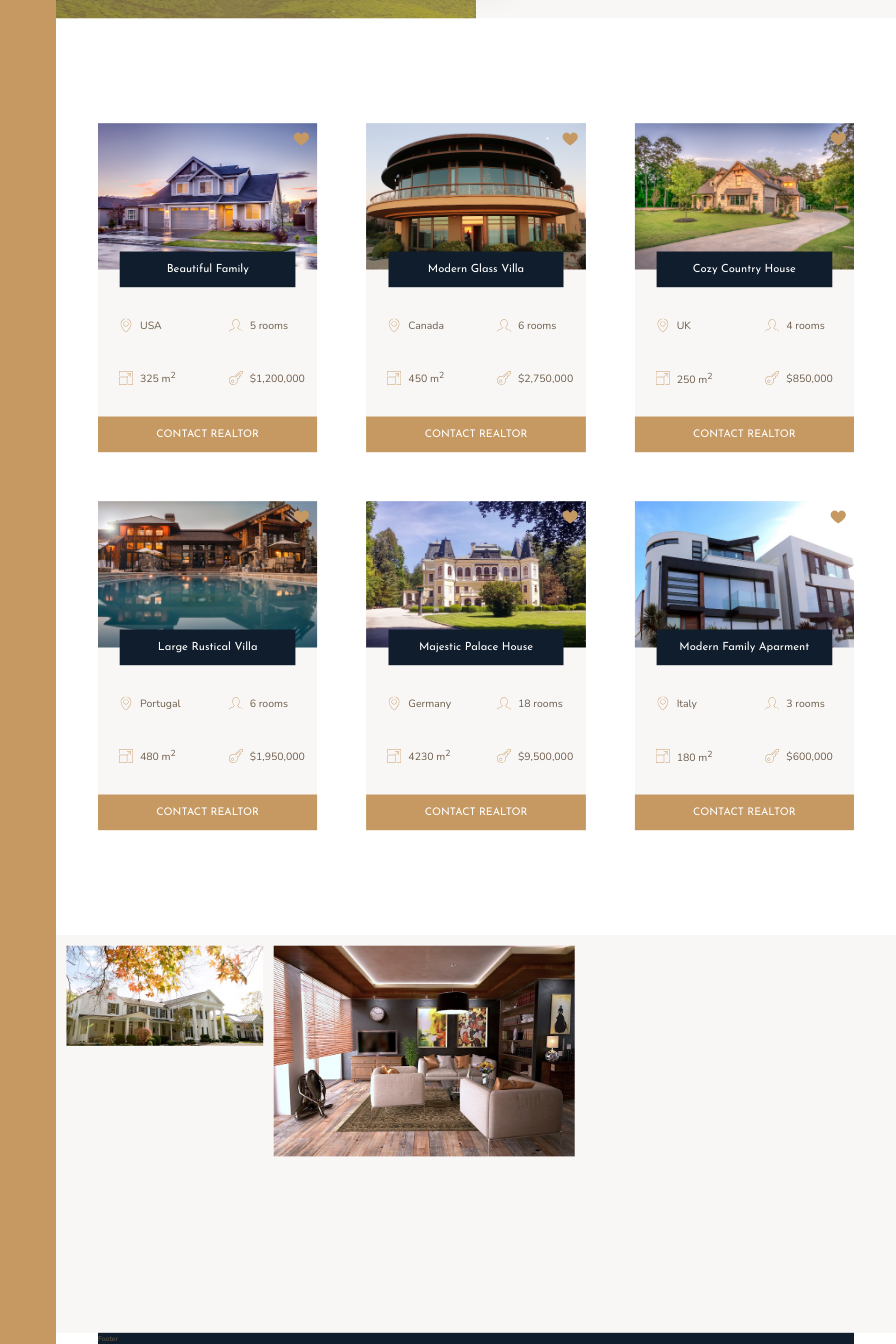
Repository: achwesiuk/nexter
Page: index.html
These files come from the project's save history. The page is drawn as it stood at one moment and after the next save; the edit follows.
The browser window is 1280 px wide. The pictures show the part of the page from y = 1580 to 3500 px (the page is 3500 px tall), at 70% of full size.
The style sheet was rebuilt from its Sass, Less or Tailwind sources for each picture, by a compiler version that may differ from the author's.

Above is the page before, as saved 2021-02-24 07:51:09.

### index.html
<!DOCTYPE html>
<html lang="en">
    <head>
        <meta charset="UTF-8">
        <meta name="viewport" content="width=device-width, initial-scale=1.0">
        <meta http-equiv="X-UA-Compatible" content="ie=edge">

        <link href="https://fonts.googleapis.com/css?family=Josefin+Sans:300,400,400i|Nunito:300,300i" rel="stylesheet">
        <link rel="stylesheet" href="css/style.css">
        <link rel="shortcut icon" type="image/png" href="img/favicon.png">

        <title>nexter &mdash; your home, your freedom</title>
    </head>
    <body class="container">
        <div class="sidebar">
            Sidebar
        </div>

        <header class="header">
            Header
        </header>

        <div class="realtors">
            Top 3 realtors
        </div>

        <section class="features">
            <div class="feature">
                <svg class="feature__icon">
                    <use xlink:href="img/sprite.svg#icon-global"></use>
                </svg>
                <h4 class="heading-4--dark">World's best luxury homes</h4>
                <p class="feature-text">Lorem ipsum dolor sit amet, consectetur adipisicing elit. Sapiente eligendi vitae aliquid a corporis hic, nemo dolores neque culpa pariatur dolor magnam!</p>
            </div>
            <div class="feature">
                <svg class="feature__icon">
                    <use xlink:href="img/sprite.svg#icon-trophy"></use>
                </svg>
                <h4 class="heading-4--dark">Only the best properties</h4>
                <p class="feature-text">Lorem ipsum dolor sit amet consectetur, adipisicing elit. Mollitia optio sapiente fugit deserunt ex qui in.</p>
            </div>
            <div class="feature">
                <svg class="feature__icon">
                    <use xlink:href="img/sprite.svg#icon-map-pin"></use>
                </svg>
                <h4 class="heading-4--dark">All homes in top locations</h4>
                <p class="feature-text">Lorem ipsum dolor sit amet consectetur adipisicing elit. Ullam est deserunt unde temporibus, beatae quo et repellat!</p>
            </div>
            <div class="feature">
                <svg class="feature__icon">
                    <use xlink:href="img/sprite.svg#icon-key"></use>
                </svg>
                <h4 class="heading-4--dark">New home in one week</h4>
                <p class="feature-text">Lorem ipsum dolor sit amet consectetur adipisicing elit. Velit aliquam praesentium quod non eligendi sunt cum ipsum modi.</p>
            </div>
            <div class="feature">
                <svg class="feature__icon">
                    <use xlink:href="img/sprite.svg#icon-presentation"></use>
                </svg>
                <h4 class="heading-4--dark">Top 1% realtors</h4>
                <p class="feature-text">Lorem ipsum dolor sit amet, consectetur adipisicing elit.</p>
            </div>
            <div class="feature">
                <svg class="feature__icon">
                    <use xlink:href="img/sprite.svg#icon-lock"></use>
                </svg>
                <h4 class="heading-4--dark">Secure payments on nexter</h4>
                <p class="feature-text">Lorem ipsum, dolor sit amet consectetur adipisicing elit. Incidunt distinctio repudiandae saepe dolores quis tempore similique.</p>
            </div>
        </section>

        <div class="story__pictures">
            <img src="img/story-1.jpeg" alt="Couple with new house" class="story__img--1">
            <img src="img/story-2.jpeg" alt="New house" class="story__img--2">
        </div>

        <div class="story__content">
            <h3 class="heading-3 mb-sm">Happy Customers</h3>
            <h2 class="heading-2 heading-2--dark mb-md">&ldquo;The best decision of our lives&rdquo;</h2>
            <p class="story__text">
                Lorem ipsum dolor sit amet, consectetur adipisicing elit. Accusantium ut error magni quasi delectus debitis praesentium, iusto, explicabo natus deleniti corrupti, illo illum quidem dolores dolorum ipsum! Incidunt, eaque amet.
            </p>
            <button class="btn">Find your own home</button>
        </div>

        <section class="homes">
            <div class="home">
                <img src="img/house-1.jpeg" alt="House 1" class="home__img">
                <svg class="home__like">
                    <use xlink:href="img/sprite.svg#icon-heart-full"></use>
                </svg>
                <h5 class="home__name">Beautiful Family</h5>
                <div class="home__location">
                    <svg class="home__like">
                        <use xlink:href="img/sprite.svg#icon-map-pin"></use>
                    </svg>
                    <p>USA</p>
                </div>
                <div class="home__rooms">
                    <svg class="home__like">
                        <use xlink:href="img/sprite.svg#icon-profile-male"></use>
                    </svg>
                    <p>5 rooms</p>
                </div>
                <div class="home__area">
                    <svg class="home__like">
                        <use xlink:href="img/sprite.svg#icon-expand"></use>
                    </svg>
                    <p>325 m<sup>2</sup></p>
                </div>
                <div class="home__price">
                    <svg class="home__like">
                        <use xlink:href="img/sprite.svg#icon-key"></use>
                    </svg>
                    <p>$1,200,000</p>
                </div>
                <button class="btn home__btn">Contact realtor</button>
            </div>

            <div class="home"><img src="img/house-2.jpeg" alt="House 2" class="home__img">
                <svg class="home__like">
                    <use xlink:href="img/sprite.svg#icon-heart-full"></use>
                </svg>
                <h5 class="home__name">Modern Glass Villa</h5>
                <div class="home__location">
                    <svg class="home__like">
                        <use xlink:href="img/sprite.svg#icon-map-pin"></use>
                    </svg>
                    <p>Canada</p>
                </div>
                <div class="home__rooms">
                    <svg class="home__like">
                        <use xlink:href="img/sprite.svg#icon-profile-male"></use>
                    </svg>
                    <p>6 rooms</p>
                </div>
                <div class="home__area">
                    <svg class="home__like">
                        <use xlink:href="img/sprite.svg#icon-expand"></use>
                    </svg>
                    <p>450 m<sup>2</sup></p>
                </div>
                <div class="home__price">
                    <svg class="home__like">
                        <use xlink:href="img/sprite.svg#icon-key"></use>
                    </svg>
                    <p>$2,750,000</p>
                </div>
                <button class="btn home__btn">Contact realtor</button>
            </div>

            <div class="home"><img src="img/house-3.jpeg" alt="House 3" class="home__img">
                <svg class="home__like">
                    <use xlink:href="img/sprite.svg#icon-heart-full"></use>
                </svg>
                <h5 class="home__name">Cozy Country House</h5>
                <div class="home__location">
                    <svg class="home__like">
                        <use xlink:href="img/sprite.svg#icon-map-pin"></use>
                    </svg>
                    <p>UK</p>
                </div>
                <div class="home__rooms">
                    <svg class="home__like">
                        <use xlink:href="img/sprite.svg#icon-profile-male"></use>
                    </svg>
                    <p>4 rooms</p>
                </div>
                <div class="home__area">
                    <svg class="home__like">
                        <use xlink:href="img/sprite.svg#icon-expand"></use>
                    </svg>
                    <p>250 m<sup>2</sup></p>
                </div>
                <div class="home__price">
                    <svg class="home__like">
                        <use xlink:href="img/sprite.svg#icon-key"></use>
                    </svg>
                    <p>$850,000</p>
                </div>
                <button class="btn home__btn">Contact realtor</button>
            </div>

            <div class="home"><img src="img/house-4.jpeg" alt="House 4" class="home__img">
                <svg class="home__like">
                    <use xlink:href="img/sprite.svg#icon-heart-full"></use>
                </svg>
                <h5 class="home__name">Large Rustical Villa</h5>
                <div class="home__location">
                    <svg class="home__like">
                        <use xlink:href="img/sprite.svg#icon-map-pin"></use>
                    </svg>
                    <p>Portugal</p>
                </div>
                <div class="home__rooms">
                    <svg class="home__like">
                        <use xlink:href="img/sprite.svg#icon-profile-male"></use>
                    </svg>
                    <p>6 rooms</p>
                </div>
                <div class="home__area">
                    <svg class="home__like">
                        <use xlink:href="img/sprite.svg#icon-expand"></use>
                    </svg>
                    <p>480 m<sup>2</sup></p>
                </div>
                <div class="home__price">
                    <svg class="home__like">
                        <use xlink:href="img/sprite.svg#icon-key"></use>
                    </svg>
                    <p>$1,950,000</p>
                </div>
                <button class="btn home__btn">Contact realtor</button>
            </div>

            <div class="home"><img src="img/house-5.jpeg" alt="House 5" class="home__img">
                <svg class="home__like">
                    <use xlink:href="img/sprite.svg#icon-heart-full"></use>
                </svg>
                <h5 class="home__name">Majestic Palace House</h5>
                <div class="home__location">
                    <svg class="home__like">
                        <use xlink:href="img/sprite.svg#icon-map-pin"></use>
                    </svg>
                    <p>Germany</p>
                </div>
                <div class="home__rooms">
                    <svg class="home__like">
                        <use xlink:href="img/sprite.svg#icon-profile-male"></use>
                    </svg>
                    <p>18 rooms</p>
                </div>
                <div class="home__area">
                    <svg class="home__like">
                        <use xlink:href="img/sprite.svg#icon-expand"></use>
                    </svg>
                    <p>4230 m<sup>2</sup></p>
                </div>
                <div class="home__price">
                    <svg class="home__like">
                        <use xlink:href="img/sprite.svg#icon-key"></use>
                    </svg>
                    <p>$9,500,000</p>
                </div>
                <button class="btn home__btn">Contact realtor</button>
            </div>

            <div class="home"><img src="img/house-6.jpeg" alt="House 6" class="home__img">
                <svg class="home__like">
                    <use xlink:href="img/sprite.svg#icon-heart-full"></use>
                </svg>
                <h5 class="home__name">Modern Family Aparment</h5>
                <div class="home__location">
                    <svg class="home__like">
                        <use xlink:href="img/sprite.svg#icon-map-pin"></use>
                    </svg>
                    <p>Italy</p>
                </div>
                <div class="home__rooms">
                    <svg class="home__like">
                        <use xlink:href="img/sprite.svg#icon-profile-male"></use>
                    </svg>
                    <p>3 rooms</p>
                </div>
                <div class="home__area">
                    <svg class="home__like">
                        <use xlink:href="img/sprite.svg#icon-expand"></use>
                    </svg>
                    <p>180 m<sup>2</sup></p>
                </div>
                <div class="home__price">
                    <svg class="home__like">
                        <use xlink:href="img/sprite.svg#icon-key"></use>
                    </svg>
                    <p>$600,000</p>
                </div>
                <button class="btn home__btn">Contact realtor</button>
            </div>
        </section>

        <section class="gallery">
            <figure class="gallery__item gallery__item--1">
                <img src="img/gal-1.jpeg" alt="Gallery image 1" class="gallery__img">
            </figure>
            <figure class="gallery__item gallery__item--2">
                <img src="img/gal-2.jpeg" alt="Gallery image 2" class="gallery__img">
            </figure>
        </section>

        <footer>
            Footer
        </footer>
    </body>
</html>

### sass/main.scss
@import "base";
@import "typography";

@import "sidebar";
@import "header";
@import "realtors";
@import "features";
@import "story";
@import "homes";
@import "gallery";
@import "footer";

### sass/_base.scss
// COLOR VARIABLES
$color-primary: #c69963;
$color-primary-dark: #B28451;

$color-secondary: #101d2c;

$color-grey-light-1: #f9f7f6;
$color-grey-light-2: #aaa;

$color-grey-dark-1: #54483A;
$color-grey-dark-2: #6D5D4B;

// FONT VARIABLES
$font-primary: 'Nunito', sans-serif;
$font-display: 'Josefin Sans', sans-serif;

*,
*::before,
*::after {
    margin: 0;
    padding: 0;
    -webkit-box-sizing: inherit;
            box-sizing: inherit; //dziedziczy po HTML
}

html {
    -webkit-box-sizing: border-box;
            box-sizing: border-box;
    font-size: 62.5%; // 10px / 16px = 62.5% -> 1rem = 10px
}

body {
    font-family: $font-primary;
    color: $color-grey-dark-2;
    font-weight: 300;
    line-height: 1.6;
}

.container {
    display: grid;
    grid-template-rows: 80vh min-content 40vw repeat(3, min-content); // 1.wiersz - wysokość wiersza jest wartością procentową vh; jest to siatka jawna z jednym wierszem, pozostałe elementy będą dodane w siatce niejawnej (elementy, które nie mają miejsca w siatce jawnej)
    // 2. wiersz - wysokość wiersza uzależniona od zawartej w nim treści
    // 2. auto - domyślne, jeżeli nic nie będzie określone; również dopasowuje się do treści
    // 3. wiersz - wiersz uzależniony od szerokości układu (podczas zmiany szerokości widoku zmieniają się wymiary wiersza - zwęża się, rośnie)
    // 4, 5, 6 - wysokość wiersza uzależnione od jego zawartości
    grid-template-columns: [sidebar-start] 8rem [sidebar-end full-start] minmax(6rem, 1fr) [center-start] repeat(8, [col-start] minmax(min-content, 14rem) [col-end]) [center-end] minmax(6rem, 1fr) [full-end];
}

### sass/_typography.scss
%heading { //extended działa przeciwnie do mixin; selektory (heading-1 etc.) są kopiowane to selektora na górze
    font-family: $font-display;
    font-weight: 400;
}

.heading-1 {
    @extend %heading;
}

.heading-2 {
    @extend %heading;
    font-size: 4rem;
    font-style: italic;
    line-height: 1;

    &--light {color: $color-grey-light-1;}
    &--dark {color: $color-grey-dark-1;}
}

.heading-3 {
    @extend %heading;
    font-size: 1.6rem;
    color: $color-primary;
    text-transform: uppercase;
}

.heading-4 {
    @extend %heading;
    font-size: 1.9rem;

    &--light {color: $color-grey-light-1;}
    &--dark {color: $color-grey-dark-1;}
}

.btn {
    background-color: $color-primary;
    color: #fff;
    border: none;
    border-radius: 0; //z założenia przyciski mają ustawiony jakiś kąt
    font-family: $font-display;
    font-size: 1.5rem;
    text-transform: uppercase;
    padding: 1.8rem 3rem;
    cursor: pointer;

    transition: all .2s;

    &:hover {
        background-color: $color-primary-dark;
    }
}

.mb-sm {margin-bottom: 2rem;}
.mb-md {margin-bottom: 3rem;}
.mb-lg {margin-bottom: 4rem;}
.mb-hg {margin-bottom: 8rem;}

### sass/_sidebar.scss
.sidebar {
    background-color: $color-primary;
    grid-column: sidebar-start / sidebar-end;
    grid-row: 1 / -1;
}

### sass/_header.scss
.header {
    background-color: $color-grey-dark-1;
    grid-column: full-start / col-end 6;
}

### sass/_realtors.scss
.realtors {
    background-color: $color-secondary;
    grid-column: col-start 7 / full-end;
}

### sass/_features.scss
.features {
    grid-column: center-start / center-end;

    margin: 15rem 0;

    display: grid;
    //grid-template-columns: repeat(3, 1fr);
    grid-template-columns: repeat(auto-fit, minmax(25rem, 1fr));
    //grid-template-rows: auto auto; niepotrzebne, ponieważ wiersze i tak układają się w ten sposób
    grid-gap: 6rem;
    align-items: start;
}

.feature {

    display: grid;
    grid-template-columns: min-content 1fr; //min-content odnosi się do wymiarów ikony
    //nie trzeba określać wierszy, mają mieć wielkość zawartej w nich treści
    grid-row-gap: 1.5rem;
    grid-column-gap: 2.5rem;

    &__icon {
        fill: $color-primary;
        width: 4.5rem;
        height: 4.5rem;
        transform: translateY(-1rem);

        //grid-row: 1 / -1; // -1 oznacza koniec JAWNEJ SIATKI, a tutaj jest niejawna
        grid-row: -1 / span 2;
    }

    &__text {
        font-size: 1.7rem;
    }
}

### sass/_story.scss
.story {

    &__pictures {
        background-color: $color-primary;
        grid-column: full-start / col-end 4;
        background-image: linear-gradient(rgba($color-primary, .5), rgba($color-primary, .5)),  url(../img/back.jpg); //używam dwóch takich samych kolorów - kolor przechodzi z jednego koloru na drugi

        display: grid;
        grid-template-rows: repeat(6, 1fr);
        grid-template-columns: repeat(6, 1fr);

        align-items: center;
    }

    &__img--1 {
        width: 100%;
        grid-row: 2 / 6;
        grid-column: 2 / 6;
        box-shadow: 0 2rem 5rem rgba(#000, .1);
    }

    &__img--2 {
        width: 115%;
        grid-row: 4 / 6;
        grid-column: 4 / 7;
        z-index: 20;
        box-shadow: 0 2rem 5rem rgba(#000, .2);
    }

    &__content {
        background-color: $color-grey-light-1;
        grid-column: col-start 5 / full-end;

        padding: 6rem 8vw;

        /*
        display: flex;
        flex-direction: column;
        justify-content: center;
        align-items: flex-start;
        */

        display: grid;
        align-content: center;
        justify-items: start;
    }

    &__text {
        font-size: 1.5rem;
        font-style: italic;
        margin-bottom: 4rem;
    }
}

### sass/_homes.scss
.homes {
    grid-column: center-start / center-end;
    margin: 15rem 0;

    display: grid;
    grid-template-columns: repeat(auto-fit,minmax(25rem, 1fr));
    grid-gap: 7rem;
}

.home {
    background-color: $color-grey-light-1;

    display: grid;
    grid-template-columns: repeat(2, 1fr);
    grid-row-gap: 3.5rem;

    &__img {
        width: 100%;
        grid-row: 1 / 2;
        grid-column: 1 / -1;
        z-index: 1;
    }

    &__like {
        grid-row: 1 / 2;
        grid-column: 2 / 3;
        fill: $color-primary;
        height: 2.5rem;
        width: 2.5rem;
        z-index: 2;

        justify-self: end;
        margin: 1rem;
    }

    &__name {
        grid-column: 1 / -1;
        grid-row: 1 / 2;
        justify-self: center;
        align-self: end;
        z-index: 3;

        width: 80%;
        font-family: $font-display;
        font-size: 1.6rem;
        text-align: center;
        padding: 1.25rem;
        background-color: $color-secondary;
        color: #fff;
        font-weight: 400;
        transform: translateY(50%);
    }

    &__location,
    &__rooms {
        margin-top: 2.5rem;
    }

    &__location,
    &__rooms,
    &__area,
    &__price {
        font-size: 1.5rem;
        margin-left: 2rem;

        display: flex;
        align-items: center;

        svg{
            fill: $color-primary;
            height: 2rem;
            width: 2rem;
            margin-right: 1rem;
        }
    }

    &__btn {
        grid-column: 1 / -1;
    }
}

### sass/_gallery.scss
.gallery {
    background-color: $color-grey-light-1;
    grid-column: full-start / full-end;

    display: grid;
    grid-template-columns:  repeat(8, 1fr);
    grid-template-rows: repeat(7, 5vw);
    grid-gap: 1.5rem;
    padding: 1.5rem; //aby przerwy były również na zewnątrz siatki

    &__item {

        &--1 {
            grid-row: 1 / span 2;
            grid-column: 1 / span 2;
        }

        &--2 {
            grid-row: 1 / span 4;
            grid-column: 3 / span 3;
        }

        &--3 {

        }
    }

    &__img {
        width: 100%;
        height: 100%;
        object-fit: cover;
        display: block; //aby nie było białych przestrzeni pod zdjęciem (jak w przypadku inline-block, gdzie element jest traktowany jako tekst)
    }

}

### sass/_footer.scss
footer {
    background-color: $color-secondary;
    grid-column: center-start / center-end;
}

After the next save:
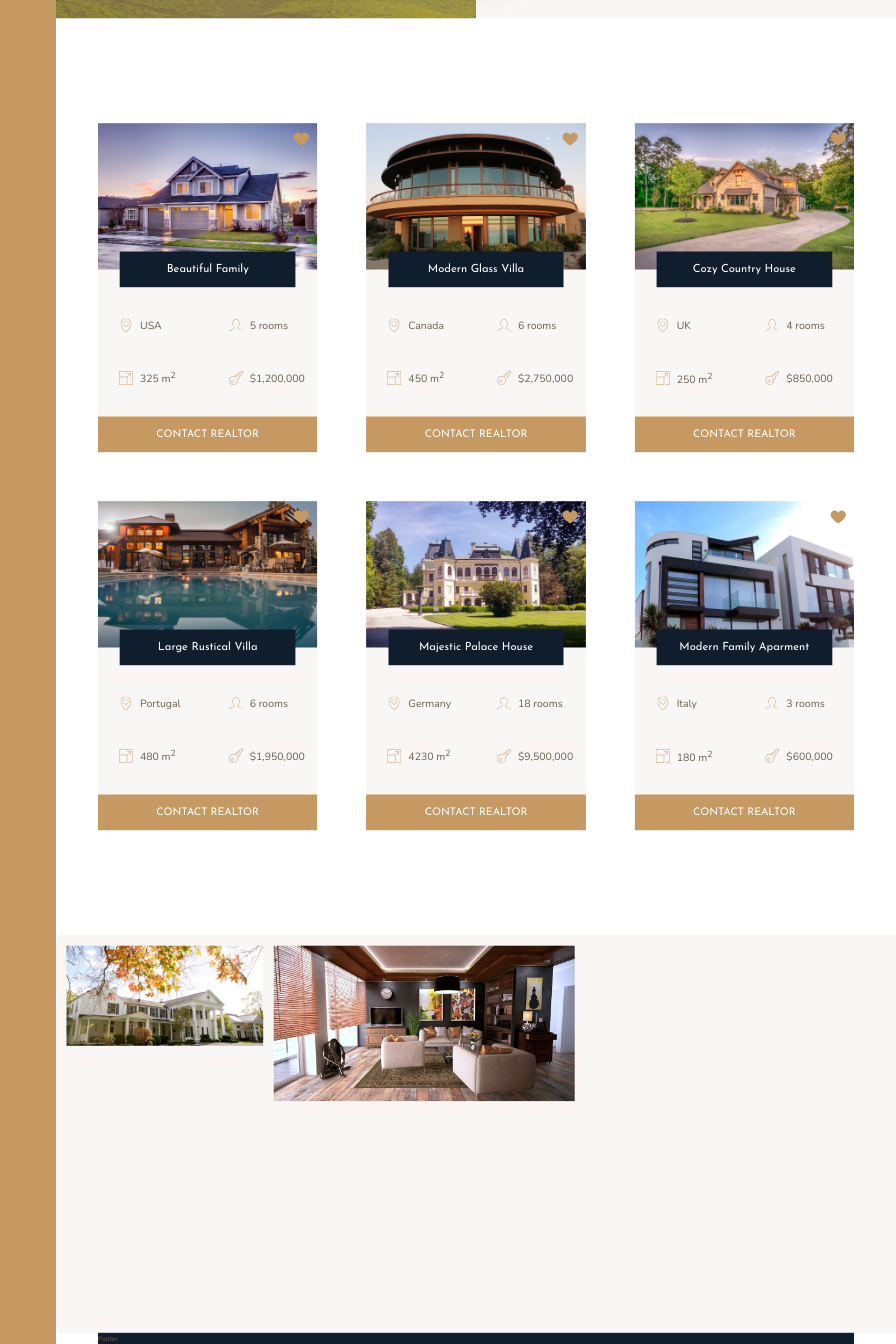
Saved 19 s later.
--- a/sass/_gallery.scss
+++ b/sass/_gallery.scss
@@ -16,7 +16,7 @@
         }
 
         &--2 {
-            grid-row: 1 / span 4;
+            grid-row: 1 / span 3;
             grid-column: 3 / span 3;
         }
 
